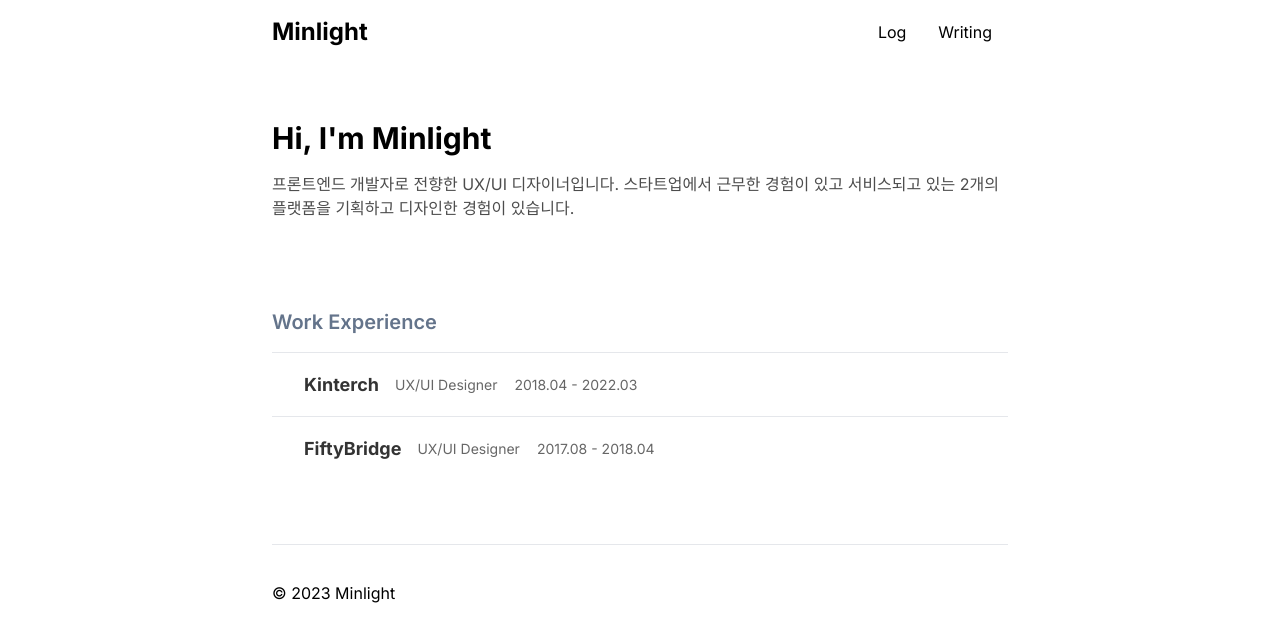
Repository: kwngmin/minlight-log
Page: /
These files come from the project's save history. The page is drawn as it stood at one moment and after the next save; the edit follows.
The browser window is 1280 px wide. The pictures show the whole page.
The project was rebuilt for these pictures with package versions that can differ from the ones it lists, and the page was loaded fresh each time. The framework's server and built-in components were replaced by stand-ins that run in the browser. Also part of the build but not shown: next.config.js.

Above is the page before, as saved 2023-04-04 16:18:24.

After the next save:
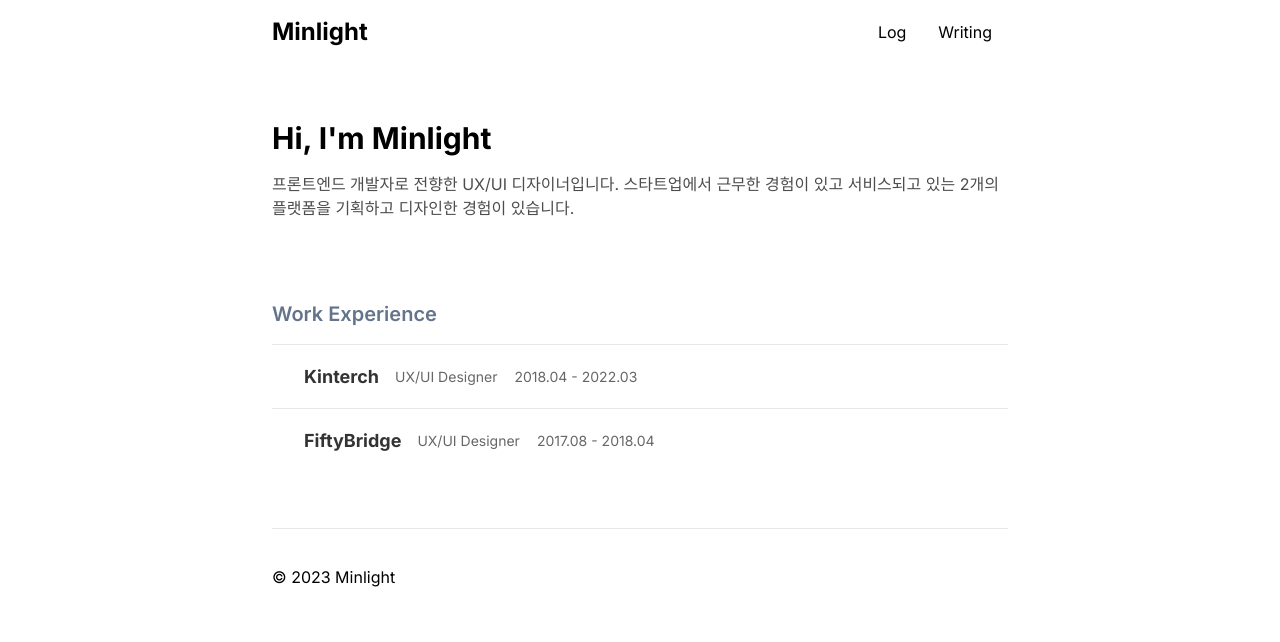
Saved 18 s later.
--- a/src/components/Table.tsx
+++ b/src/components/Table.tsx
@@ -9,7 +9,7 @@ type Props = {
 
 export default function Table({ tableData, subject }: Props) {
   return (
-    <article className="my-8">
+    <article className="my-6">
       <h2 className="text-center lg:text-left text-xl font-semibold text-slate-500 pb-8 lg:pb-4">
         {subject}
       </h2>
